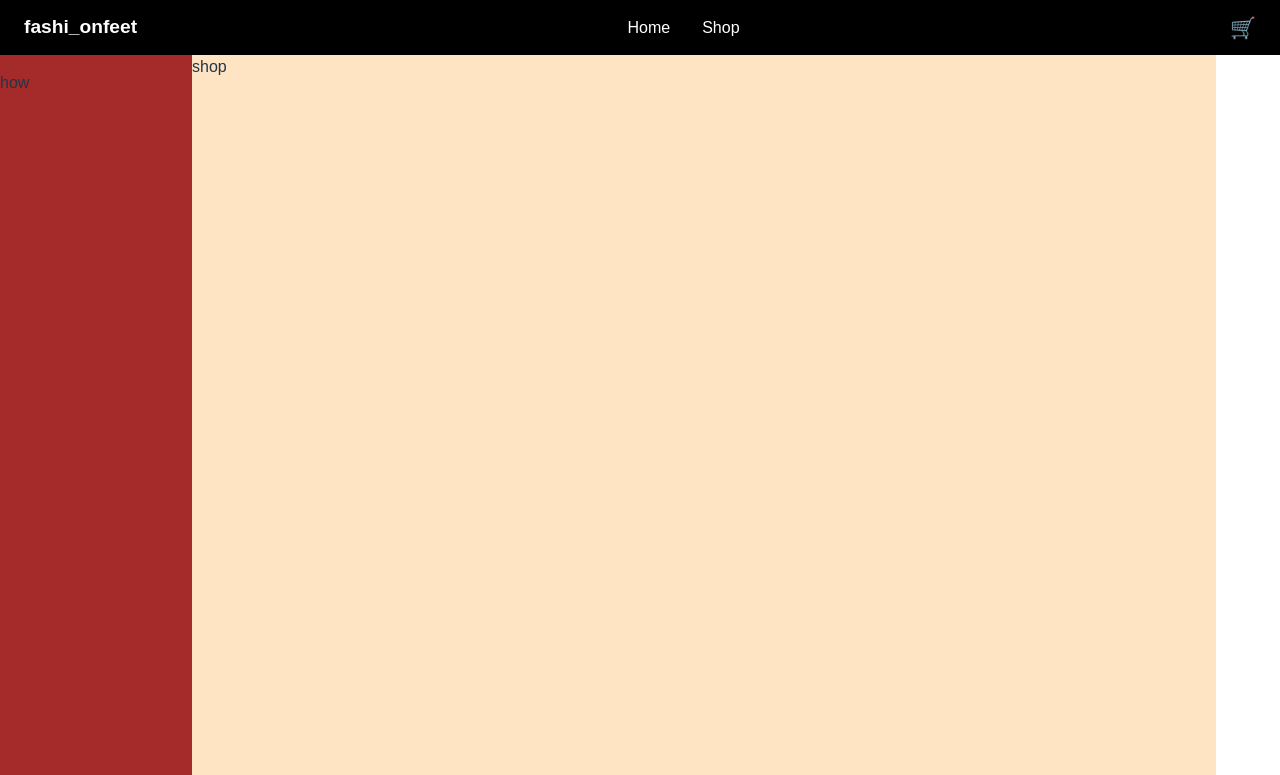
Repository: EphrahimLaanyu123/fashi_onfeet
Page: /shop
The author's editor kept a copy of each file at every save. The page is drawn from the files as they stood at one save, then again after the next save.
The browser window is 1280 px wide. The pictures show the whole page.
The project was rebuilt for these pictures with package versions that can differ from the ones it lists, and the page was loaded fresh each time. Also part of the build but not shown: vite.config.js, src/Home/Home.jsx, src/Home/components/Products.css, src/Home/components/Products.jsx, src/Shop/components/supabaseClient.js, src/Shop/components/AddForm.css, src/Shop/components/AddProductForm.jsx.

Above is the page before, as saved 2025-04-18 20:38:27.

After the next save:
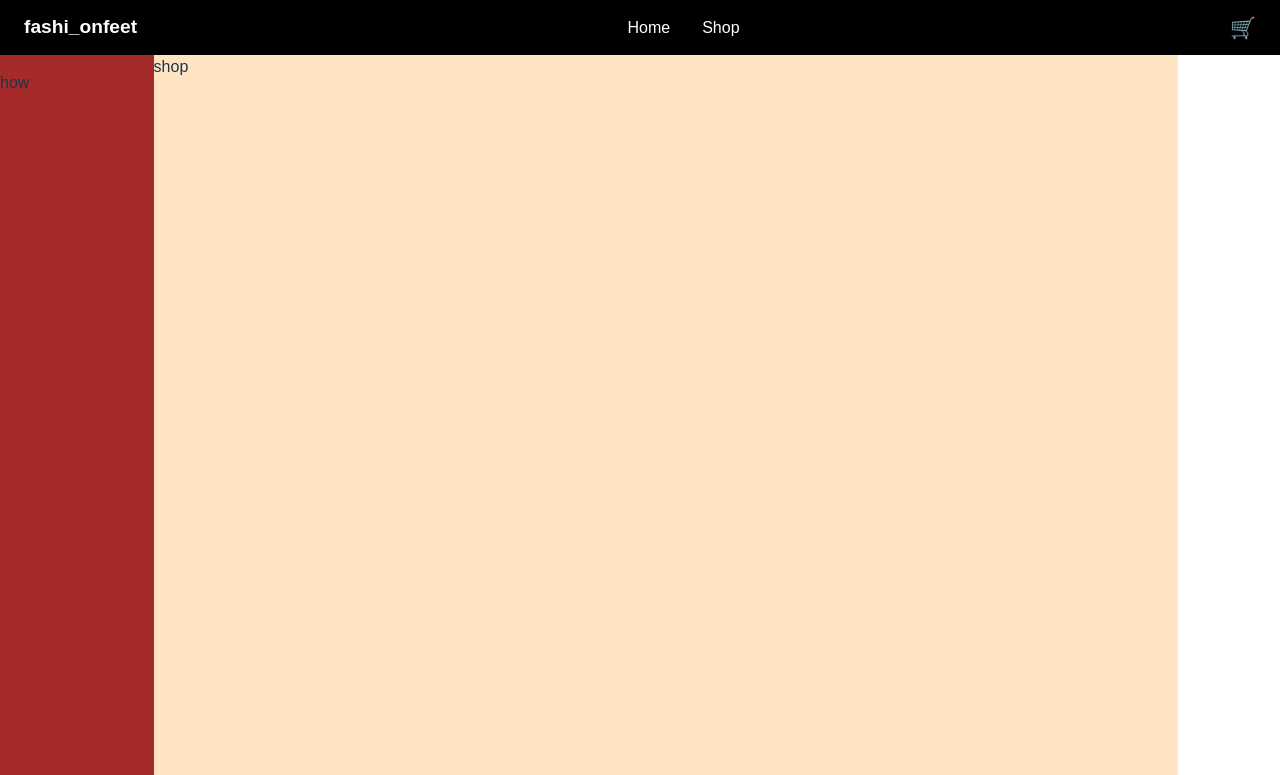
Saved 13 s later.
--- a/src/Shop/Shop.css
+++ b/src/Shop/Shop.css
@@ -14,7 +14,7 @@ body, html {
 }
 
 .sidebar {
-    width: 15%;
+    width: 12%;
     min-height: 100vh;
     background-color: brown;
 }
